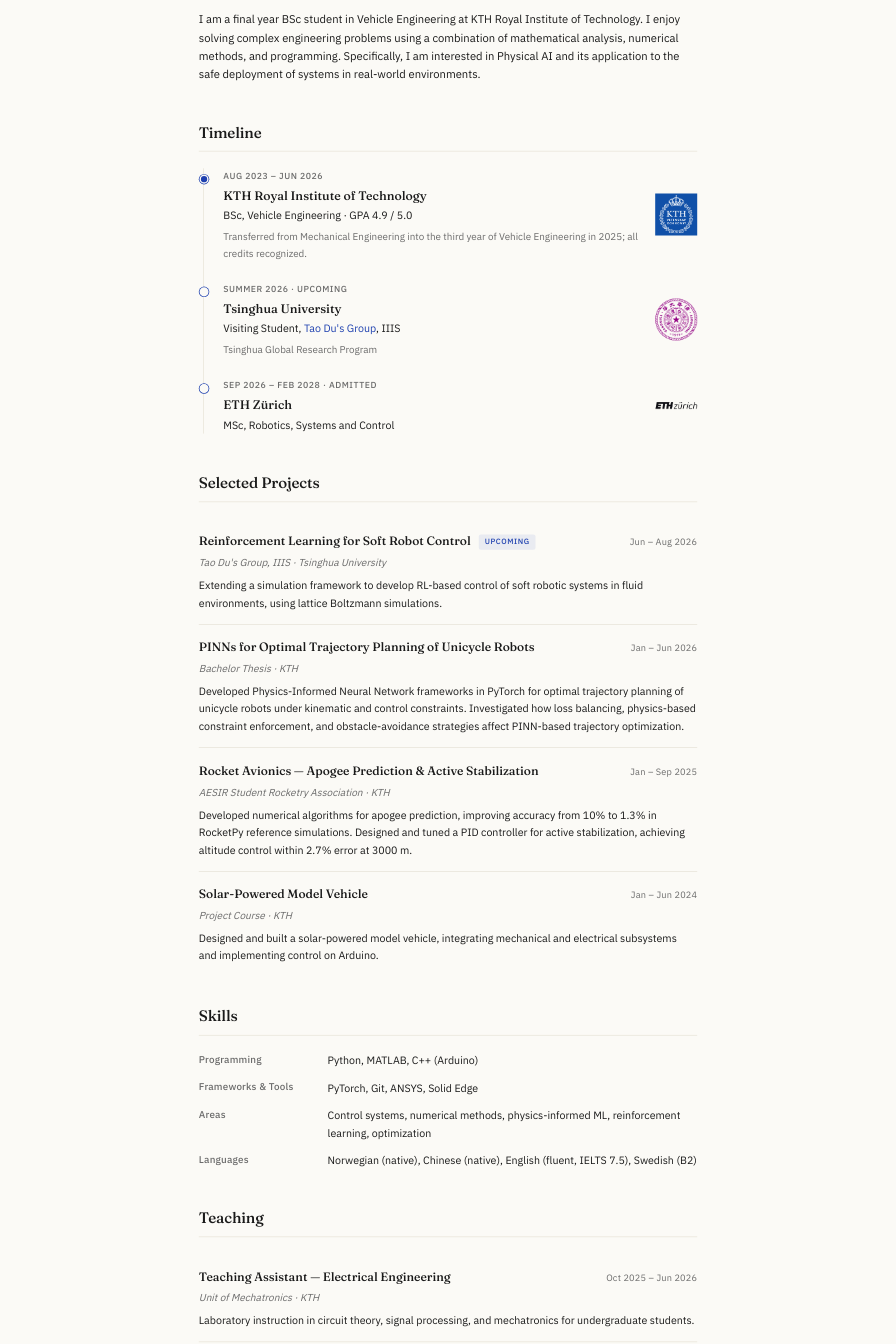
Repository: xitisch/xitisch.github.io
Page: index.html
The author's editor kept a copy of each file at every save. The page is drawn from the files as they stood at one save, then again after the next save.
The browser window is 1280 px wide. The pictures show the part of the page from y = 339 to 2259 px (the page is 2807 px tall before and 2754 px after), at 70% of full size.

Above is the page before, as saved 2026-06-08 02:22:17.

After the next save:
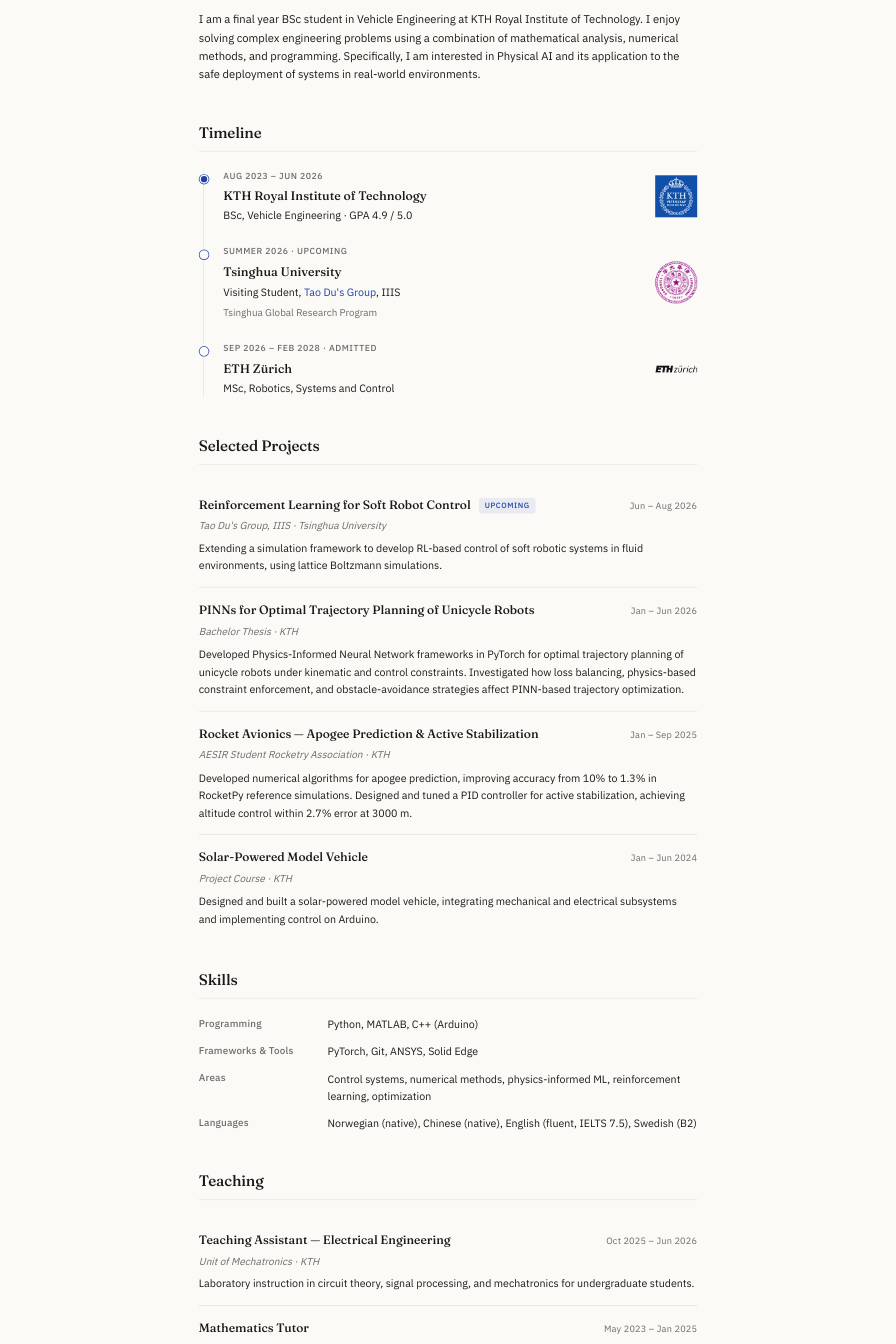
Saved 19 s later.
--- a/index.html
+++ b/index.html
@@ -36,7 +36,6 @@
             <div class="timeline-date">Aug 2023 &ndash; Jun 2026</div>
             <div class="timeline-title">KTH Royal Institute of Technology</div>
             <div class="timeline-meta">BSc, Vehicle Engineering &middot; GPA 4.9 / 5.0</div>
-            <div class="timeline-note">Transferred from Mechanical Engineering into the third year of Vehicle Engineering in 2025; all credits recognized.</div>
           </div>
           <img class="timeline-logo" src="images/kth.jpg" alt="KTH logo">
         </div>
